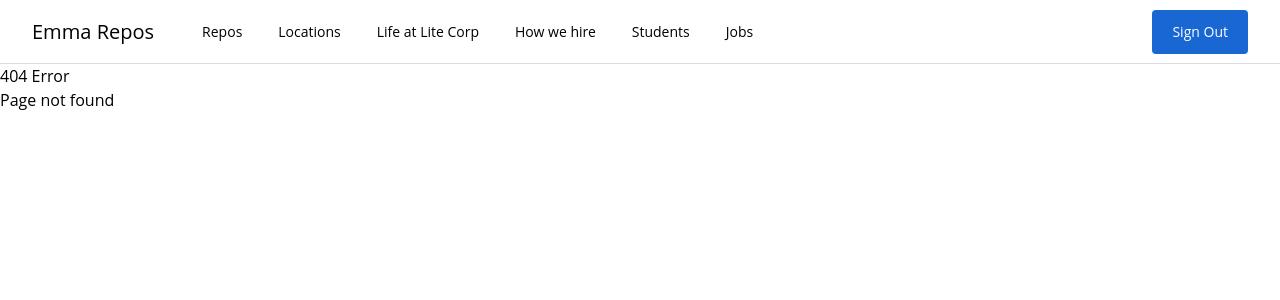
Repository: oderinde300/alt-school-vue-exam
Page: /jobs/results
These files come from the project's save history. The page is drawn as it stood at one moment and after the next save; the edit follows.
The browser window is 1280 px wide. The pictures show the whole page.
The project was rebuilt for these pictures with package versions that can differ from the ones it lists, and the page was loaded fresh each time. Also part of the build but not shown: vite.config.js, src/utils/nextElementInList.js, src/components/RepoSearch/TheHeadline.vue, src/components/RepoSearch/TheHero.vue, src/views/HomeView.vue, src/components/RepoResults/RepoList.vue, src/views/RepoDetailsView.vue. Imported but missing from the stored project, and not drawn on this page: src/components/Navigation/ProfileImage.vue.

Above is the page before, as saved 2023-03-18 14:59:14.

### src/main.js
import { createApp } from "vue";
import { createPinia } from "pinia";

import App from "./App.vue";
import router from "./router";
import "./index.css";

// import './assets/main.css'

const app = createApp(App);

app.use(createPinia());
app.use(router);

app.mount("#app");

### src/App.vue
<script setup>
import { RouterLink, RouterView } from "vue-router";
import MainNav from "./components/Navigation/MainNav.vue";
</script>

<template>
  <header>
    <MainNav />
  </header>

  <RouterView />
</template>

### src/router/index.js
import { createRouter, createWebHistory } from "vue-router";
import HomeView from "@/views/HomeView.vue";
import RepoDetailsView from "@/views/RepoDetailsView.vue";
import NotFoundView from "@/views/NotFoundView.vue";

const routes = [
  {
    path: "/",
    name: "Home",
    component: HomeView,
  },
  {
    path: "/repos",
    name: "Repos",
    //lazy loading
    component: () => import("../views/RepoResultsView.vue"),
  },
  {
    path: "/repos/:id",
    name: "RepoDetails",
    // component: () => import("../views/RepoDetailsView.vue"),
    component: RepoDetailsView,
  },
  { path: "/:pathMatch(.*)*", name: "NotFound", component: NotFoundView },
];

const router = createRouter({
  history: createWebHistory(),
  routes,
  scrollBehavior() {
    return { top: 0, left: 0, behavior: "smooth" };
  },
});

export default router;

### src/components/Navigation/MainNav.vue
<template>
  <header :class="['w-full', 'text-sm', headerHeightClass]">
    <div class="fixed top-0 left-0 h-16 w-full bg-white">
      <div
        class="mx-auto flex h-full flex-nowrap border-b border-solid border-brand-gray-1 px-8"
      >
        <router-link
          :to="{ name: 'Home' }"
          class="flex h-full items-center text-xl"
          >Emma Repos
        </router-link>

        <nav class="ml-12 h-full">
          <ul class="flex h-full list-none">
            <li
              v-for="menuItem in menuItems"
              :key="menuItem.text"
              class="ml-9 h-full first:ml-0"
            >
              <router-link
                :to="menuItem.url"
                class="flex h-full items-center py-2.5"
                >{{ menuItem.text }}</router-link
              >
            </li>
          </ul>
        </nav>

        <div class="ml-auto flex h-full items-center">
          <!-- <profile-image /> -->
          <action-button v-if="isLoggedIn" @click="loggedIn" text="Sign In" />
          <action-button v-if="!isLoggedIn" @click="loggedIn" text="Sign Out" />
        </div>
      </div>
    </div>
  </header>
</template>

<script>
import ActionButton from "../Shared/ActionButton.vue";
import ProfileImage from "./ProfileImage.vue";

export default {
  name: "MainNav",
  components: {
    ActionButton,
    ProfileImage,
  },
  data() {
    return {
      menuItems: [
        { text: "Repos", url: "/repos" },
        { text: "Locations", url: "/" },
        { text: "Life at Lite Corp", url: "/" },
        { text: "How we hire", url: "/" },
        { text: "Students", url: "/" },
        { text: "Jobs", url: "/jobs/results" },
      ],
      isLoggedIn: false,
    };
  },
  methods: {
    loggedIn() {
      this.isLoggedIn = !this.isLoggedIn;
    },
  },
};
</script>

### src/views/NotFoundView.vue
<template>
  <div class="mt-16">
    <h1>404 Error</h1>
    <p>Page not found</p>
  </div>
</template>

<script>
export default {
  name: "NotFoundview",
};
</script>

### src/components/Shared/ActionButton.vue
<template>
  <button :class="buttonClass">
    {{ text }}
  </button>
</template>

<script>
export default {
  name: "ActionButton",
  props: {
    text: {
      type: String,
      required: true,
    },
    type: {
      type: String,
      required: false,
      default: "primary",
      validator(value) {
        return ["primary", "secondary"].includes(value);
      },
    },
  },
  computed: {
    buttonClass() {
      return {
        [this.type]: true,
      };
    },
  },
};
</script>

<style scoped>
button {
  @apply px-5 py-3 font-medium;
}

.primary {
  @apply rounded bg-brand-blue-1 text-white hover:shadow-blue;
}

.secondary {
  @apply bg-transparent text-brand-blue-1 hover:bg-brand-blue-2 hover:text-white;
}
</style>

### tailwind.config.js
/** @type {import('tailwindcss').Config} */
const defaultTheme = require("tailwindcss/defaultTheme");

module.exports = {
  content: ["./index.html", "./src/**/**.{vue,js,ts}"],
  theme: {
    extend: {
      fontFamily: {
        sans: ["Open Sans", ...defaultTheme.fontFamily.sans],
      },
      colors: {
        "brand-gray-1": "#dadce0",
        "brand-gray-2": "#f8f9fa",
        "brand-gray-3": "#88868b",
        "brand-blue-1": "#1967d2",
        "brand-blue-2": "#4285f4",
        "brand-green-1": "#137333",
      },
      boxShadow: {
        blue: "0 0 3px 3px #4285f4",
        gray: "0 1px 3px 0 rgba(60, 64, 67, .3)",
      },
    },
  },
  plugins: [],
};

Loaded but not shown: index.html (common file); src/index.css (common file)

After the next save:
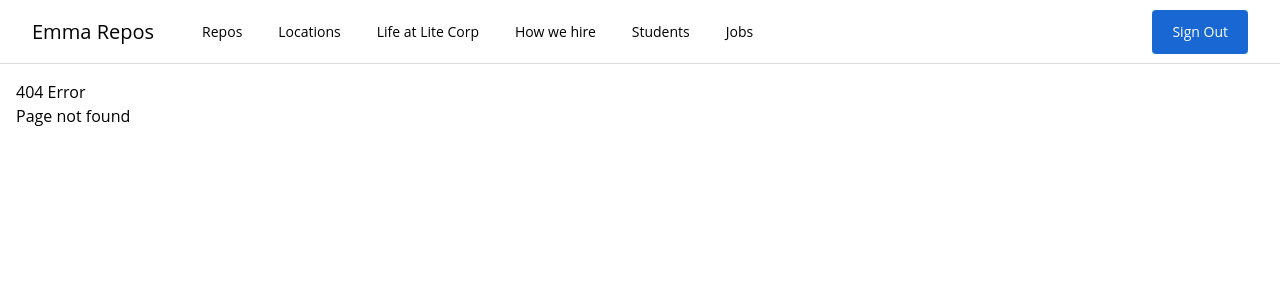
Saved 21 s later.
--- a/src/views/NotFoundView.vue
+++ b/src/views/NotFoundView.vue
@@ -1,5 +1,5 @@
 <template>
-  <div class="mt-16">
+  <div class="mt-16 p-4">
     <h1>404 Error</h1>
     <p>Page not found</p>
   </div>
